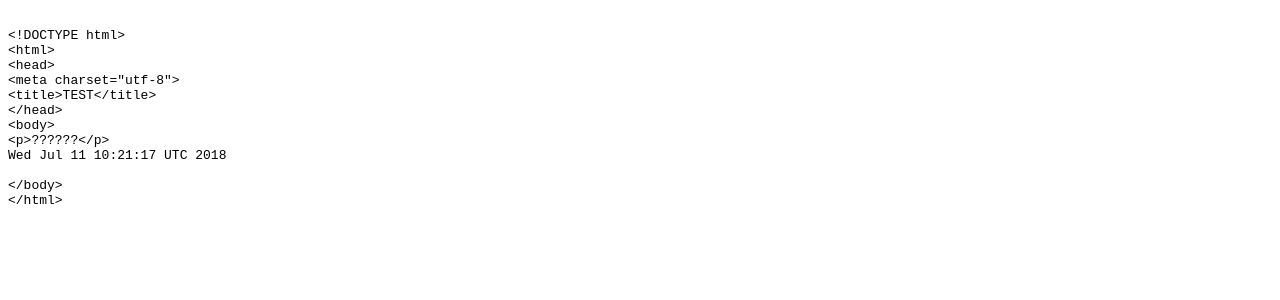
Repository: Wildbird-Yachou/test
Page: http://localhost/HelloJSP/
These files come from the project's save history. The page is drawn as it stood at one moment and after a run of saves; the edit follows.
The browser window is 1280 px wide. The pictures show the whole page.
The page is served by Tomcat 9.

Above is the page before, as saved 2018-07-11 10:34:17.

### HelloJSP/WebContent/index.jsp
<%@ page language="java" contentType="text/html:charset=UTF-8" pageEncoding="UTF-8" %>
<!DOCTYPE html>
<html>
<head>
<meta charset="utf-8">
<title>TEST</title>
</head>
<body>
<p>こんにちは！</p>
<% out.println(new java.util.Date()); %>
</body>
</html>

After the next 2 saves:
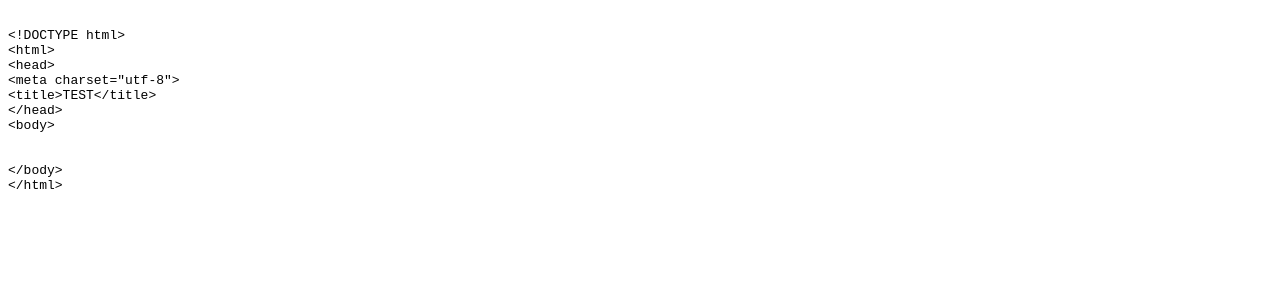
The 2 saves are shown as one change because 1 did not build or start.
The last was saved 5 min 59 s later.
--- a/HelloJSP/WebContent/index.jsp
+++ b/HelloJSP/WebContent/index.jsp
@@ -6,7 +6,10 @@
 <title>TEST</title>
 </head>
 <body>
-<p>こんにちは！</p>
-<% out.println(new java.util.Date()); %>
+<%! static int add(int a,int b){
+	return a+b;
+	}
+	%>
+
 </body>
 </html>
